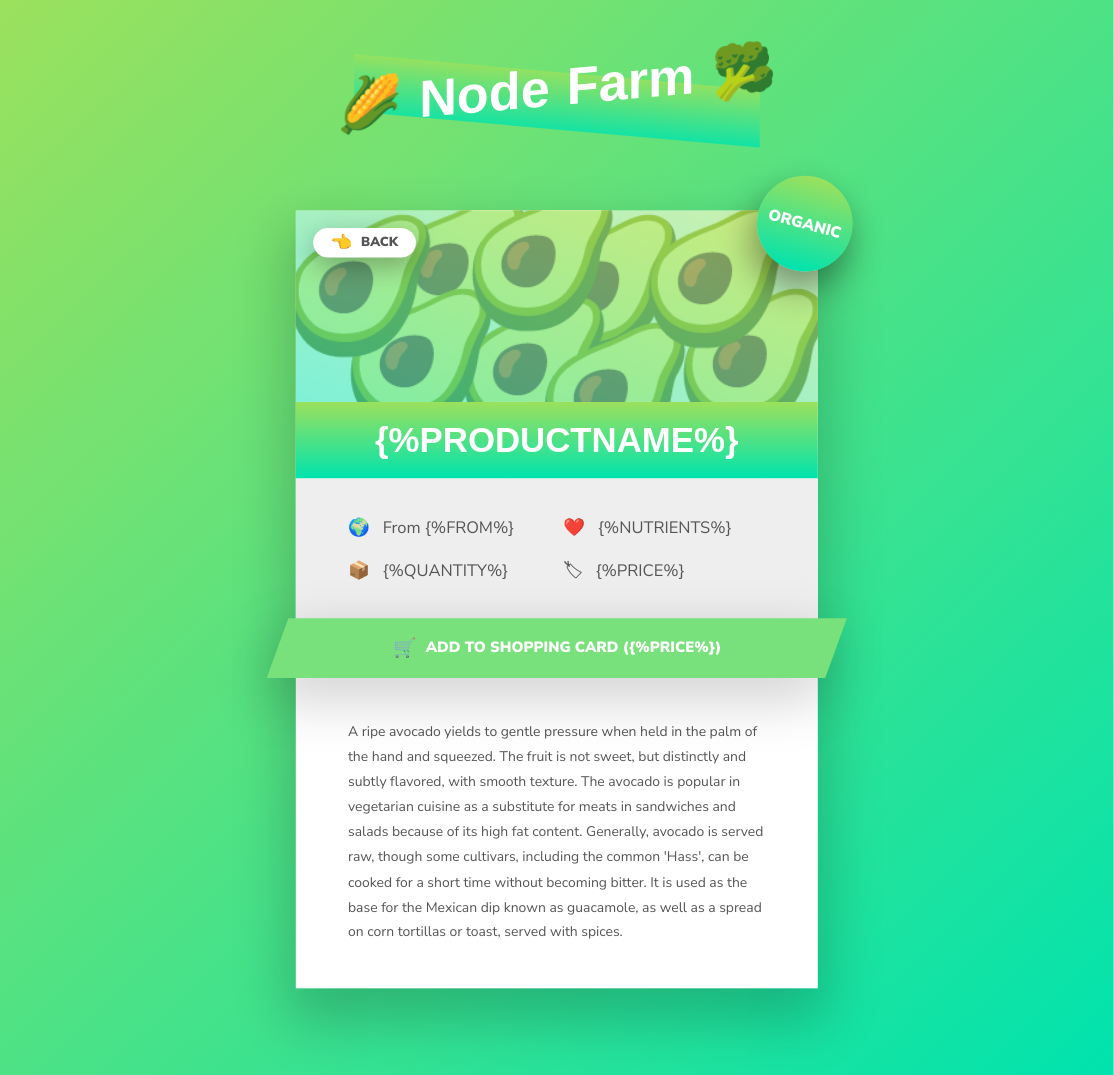
Repository: Tiantian-C/node2
Page: templates/product.html
These files come from the project's save history. The page is drawn as it stood at one moment and after a run of saves; the edit follows.
The browser window is 1280 px wide. The pictures show the whole page, at 87% of full size.
Some web fonts or font styles are not loaded; a fallback is used.

Above is the page before, as saved 2023-07-15 15:29:21.

### templates/product.html
<!DOCTYPE html>
<html lang="en">
  <head>
    <meta charset="UTF-8" />
    <meta name="viewport" content="width=device-width, initial-scale=1.0" />
    <meta http-equiv="X-UA-Compatible" content="ie=edge" />
    <link
      href="https://fonts.googleapis.com/css?family=Megrim|Nunito+Sans:400,900"
      rel="stylesheet"
    />
    <link
      rel="icon"
      href="https://emojipedia-us.s3.dualstack.us-west-1.amazonaws.com/thumbs/240/apple/155/ear-of-maize_1f33d.png"
    />

    <title>Fresh Avocados 🥑 /// NODE FARM</title>

    <style>
      *,
      *::before,
      *::after {
        margin: 0;
        padding: 0;
        box-sizing: inherit;
      }

      html {
        font-size: 62.5%;
        box-sizing: border-box;
      }

      body {
        padding: 5rem 5rem 10rem;
        line-height: 1.7;
        font-family: "Nunito Sans", sans-serif;
        color: #555;
        min-height: 100vh;
        background: linear-gradient(to bottom right, #9be15d, #00e3ae);
      }

      h1 {
        font-family: "Megrim", sans-serif;
        font-size: 6rem;
        color: white;
        transform: skewY(-5deg);
        text-align: center;
        position: relative;
        word-spacing: 3px;
      }

      h1::before {
        content: "";
        display: block;
        height: 65%;
        width: 49%;
        position: absolute;
        top: 105%;
        left: 50%;
        background: linear-gradient(to bottom, #9be15d, #00e3ae);
        opacity: 0.8;
        z-index: -1;
        transform: skewY(370deg) translate(-50%, -50%);
      }

      .container {
        width: 95rem;
        margin: 0 auto;
      }

      .product {
        width: 60rem;
        margin: 0 auto;
        margin-top: 9rem;
        background: white;
        box-shadow: 0 3rem 6rem 1rem rgba(0, 0, 0, 0.2);
        position: relative;
      }

      .product__hero {
        position: relative;
        height: 22rem;
        overflow: hidden;
      }

      .product__hero::before {
        content: "";
        display: block;
        height: 100%;
        width: 100%;
        position: absolute;
        top: 0;
        left: 0;
        background-image: linear-gradient(to left bottom, #9be15d, #00e3ae);
        opacity: 0.5;
        z-index: 100;
      }

      .product__emoji {
        font-size: 15rem;
        position: absolute;
      }

      .product__emoji--1 {
        top: -4rem;
        left: -2rem;
        z-index: 10;
      }

      .product__emoji--2 {
        top: -6rem;
        left: 9rem;
      }

      .product__emoji--3 {
        top: -4rem;
        right: 15rem;
      }

      .product__emoji--4 {
        top: -5rem;
        right: 2rem;
        z-index: 10;
      }

      .product__emoji--5 {
        bottom: -9rem;
        left: 18rem;
      }

      .product__emoji--6 {
        bottom: -8rem;
        left: 5rem;
      }

      .product__emoji--7 {
        bottom: -12rem;
        right: 14rem;
      }

      .product__emoji--8 {
        bottom: -8rem;
        right: -2rem;
      }

      .product__emoji--9 {
        top: -7rem;
        left: 19rem;
      }

      .product__organic {
        position: absolute;
        top: -4rem;
        right: -4rem;
        z-index: 1000;
        height: 11rem;
        width: 11rem;
        background-image: linear-gradient(to bottom, #9be15d, #00e3ae);
        border-radius: 50%;
        transform: rotate(15deg);
        box-shadow: 0 2rem 4rem rgba(0, 0, 0, 0.4);
        display: flex;
        align-items: center;
        justify-content: center;
      }

      .product__organic h5 {
        font-weight: 900;
        text-transform: uppercase;
        font-size: 1.8rem;
        color: white;
      }

      .product__back:link,
      .product__back:visited {
        position: absolute;
        top: 2rem;
        left: 2rem;
        font-size: 1.5rem;
        font-weight: 700;
        text-transform: uppercase;
        text-decoration: none;
        z-index: 1000;
        color: #555;
        background-color: white;
        box-shadow: 0 1rem 3rem rgba(0, 0, 0, 0.3);
        border-radius: 100rem;
        padding: 0 2rem;
        transition: all 0.3s;
        display: flex;
        align-items: center;
      }

      .product__back:hover,
      .product__back:active {
        background-color: #79e17b;
      }

      .product__name {
        background: linear-gradient(to bottom, #9be15d, #00e3ae);
        padding: 1rem;
        font-family: "Megrim", sans-serif;
        font-size: 4rem;
        color: white;
        text-align: center;
        word-spacing: 2px;
      }

      .product__details {
        background-color: #eee;
        padding: 4rem 6rem;
        font-size: 1.9rem;
        display: grid;
        grid-template-columns: 1fr 1fr;
        grid-gap: 1.5rem;
      }

      .product__description {
        padding: 5rem 6rem;
        font-size: 1.6rem;
        line-height: 1.8;
      }

      .product__link:link,
      .product__link:visited {
        display: block;
        background-color: #79e17b;
        color: white;
        font-size: 1.6rem;
        font-weight: 700;
        text-transform: uppercase;
        text-decoration: none;
        padding: 1.5rem;
        text-align: center;
        transform: scale(1.07) skewX(-20deg);
        box-shadow: 0 2rem 6rem rgba(0, 0, 0, 0.2);
        display: flex;
        align-items: center;
        justify-content: center;
        transition: all 0.3s;
      }

      .product__link:hover,
      .product__link:active {
        background-color: #9be15d;
        transform: scale(1.1) skewX(-20deg);
      }

      .product__link span {
        transform: skewX(20deg);
      }

      .emoji-left {
        font-size: 2rem;
        margin-right: 1rem;
      }

      .emoji-right {
        font-size: 2rem;
        margin-left: 1rem;
      }

      .not-organic {
        display: none;
      }
    </style>
  </head>

  <body>
    <div class="container">
      <h1>🌽 Node Farm 🥦</h1>

      <figure class="product">
        <div class="product__organic"><h5>Organic</h5></div>
        <a href="#" class="product__back">
          <span class="emoji-left">👈</span>Back
        </a>
        <div class="product__hero">
          <span class="product__emoji product__emoji--1">🥑</span>
          <span class="product__emoji product__emoji--2">🥑</span>
          <span class="product__emoji product__emoji--3">🥑</span>
          <span class="product__emoji product__emoji--4">🥑</span>
          <span class="product__emoji product__emoji--5">🥑</span>
          <span class="product__emoji product__emoji--6">🥑</span>
          <span class="product__emoji product__emoji--7">🥑</span>
          <span class="product__emoji product__emoji--8">🥑</span>
          <span class="product__emoji product__emoji--9">🥑</span>
        </div>
        <h2 class="product__name">{%PRODUCTNAME%}</h2>
        <div class="product__details">
          <p><span class="emoji-left">🌍</span> From {%FROM%}</p>
          <p><span class="emoji-left">❤️</span> {%NUTRIENTS%}</p>
          <p><span class="emoji-left">📦</span> {%QUANTITY%}</p>
          <p><span class="emoji-left">🏷</span> {%PRICE%}</p>
        </div>

        <a href="#" class="product__link">
          <span class="emoji-left">🛒</span>
        <span>Add to shopping card ({%PRICE%})</span>
        </a>

        <p class="product__description">
          A ripe avocado yields to gentle pressure when held in the palm of the
          hand and squeezed. The fruit is not sweet, but distinctly and subtly
          flavored, with smooth texture. The avocado is popular in vegetarian
          cuisine as a substitute for meats in sandwiches and salads because of
          its high fat content. Generally, avocado is served raw, though some
          cultivars, including the common 'Hass', can be cooked for a short time
          without becoming bitter. It is used as the base for the Mexican dip
          known as guacamole, as well as a spread on corn tortillas or toast,
          served with spices.
        </p>
      </figure>
    </div>
  </body>
</html>

After the next 5 saves:
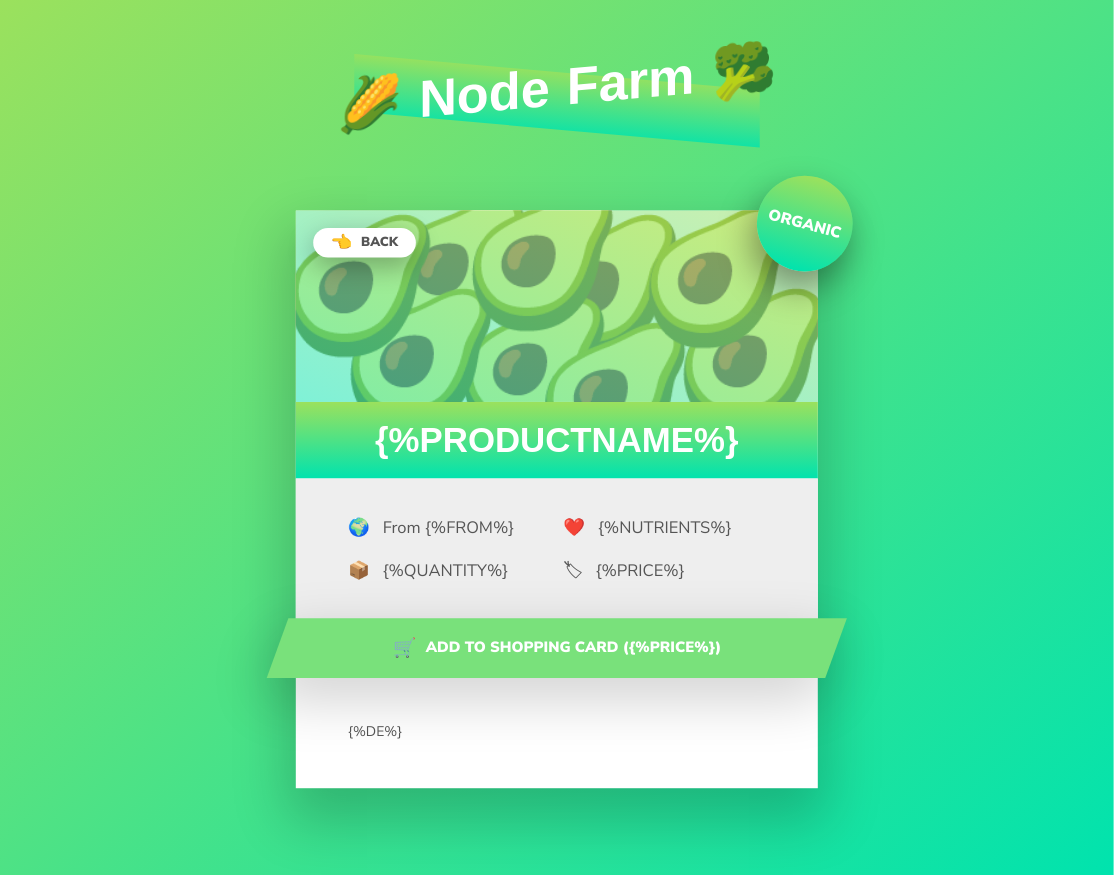
The 5 saves are shown as one change because they came seconds apart.
The last was saved 23 s later.
--- a/templates/product.html
+++ b/templates/product.html
@@ -299,15 +299,7 @@
         </a>
 
         <p class="product__description">
-          A ripe avocado yields to gentle pressure when held in the palm of the
-          hand and squeezed. The fruit is not sweet, but distinctly and subtly
-          flavored, with smooth texture. The avocado is popular in vegetarian
-          cuisine as a substitute for meats in sandwiches and salads because of
-          its high fat content. Generally, avocado is served raw, though some
-          cultivars, including the common 'Hass', can be cooked for a short time
-          without becoming bitter. It is used as the base for the Mexican dip
-          known as guacamole, as well as a spread on corn tortillas or toast,
-          served with spices.
+        {%DE%}
         </p>
       </figure>
     </div>
